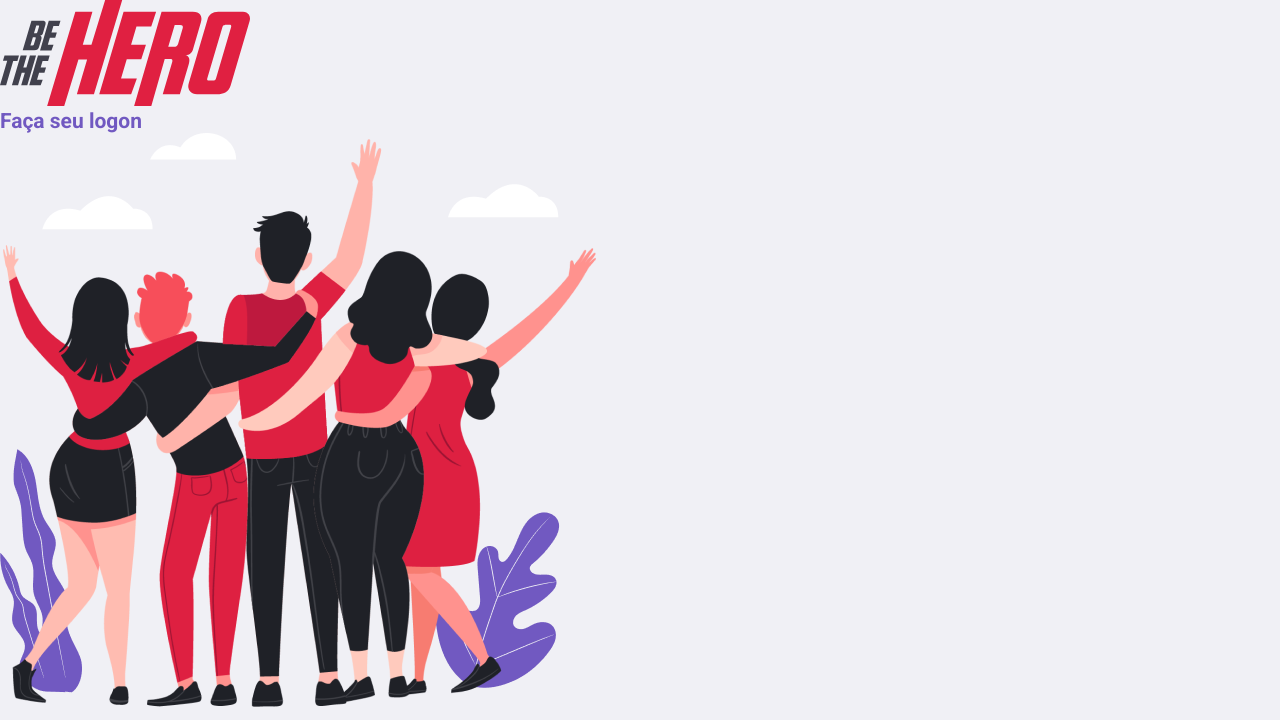
Repository: s7Thiago/semana-omnistack-11.0
Page: / (app in front-end/)
An editor plug-in stored every save of this project. The page is shown before and after the next save, followed by the edit.
The browser window is 1280 px wide. The pictures show the whole page.
The project was rebuilt for these pictures with package versions that can differ from the ones it lists, and the page was loaded fresh each time.

Above is the page before, as saved 2020-03-26 20:07:07.

### front-end/src/App.js
import React from 'react';
import './global.css';

import Logon from './pages/Logon';

function App() {

  return (
    <Logon />
  );
}

export default App;

### front-end/src/global.css
@import url('https://fonts.googleapis.com/css?family=Roboto:400,500,700&display=swap');

*{
    margin: 0;
    padding: 0;
    outline: 0;
    box-sizing: border-box; /*Faz com que o padding dos elementos seja anexado na sua largura e na sua altura*/
}

body{
    font: 400 14px Roboto, sans-serif;
    background: #f0f0f5;
    -webkit-font-smoothing: antialiased;
}

input, button, textarea {
    font: 400 18px Roboto, sans-serif;
}

button {
    cursor: pointer;
}

### front-end/src/pages/Logon/index.js
import React from 'react';

import './styles.css'

import heroesImg from '../../assets/heroes.png';
import logoImg from '../../assets/logo.svg';

export default function Logon() {
    return (
        <div className="logon-container">
            <section className="form">
                {/* Logo */}
                <img src={logoImg} alt="Be the Hero" />

                {/* Formulário */}
                <form>
                    <h1>Faça seu logon</h1>
                </form>

            </section>
            <img src={heroesImg} alt='Heroes' />
        </div>


    );
}

### front-end/src/pages/Logon/styles.css
h1 {
    color: #7159c1;
}

Loaded but not shown: front-end/src/index.js (common file)

After the next save:
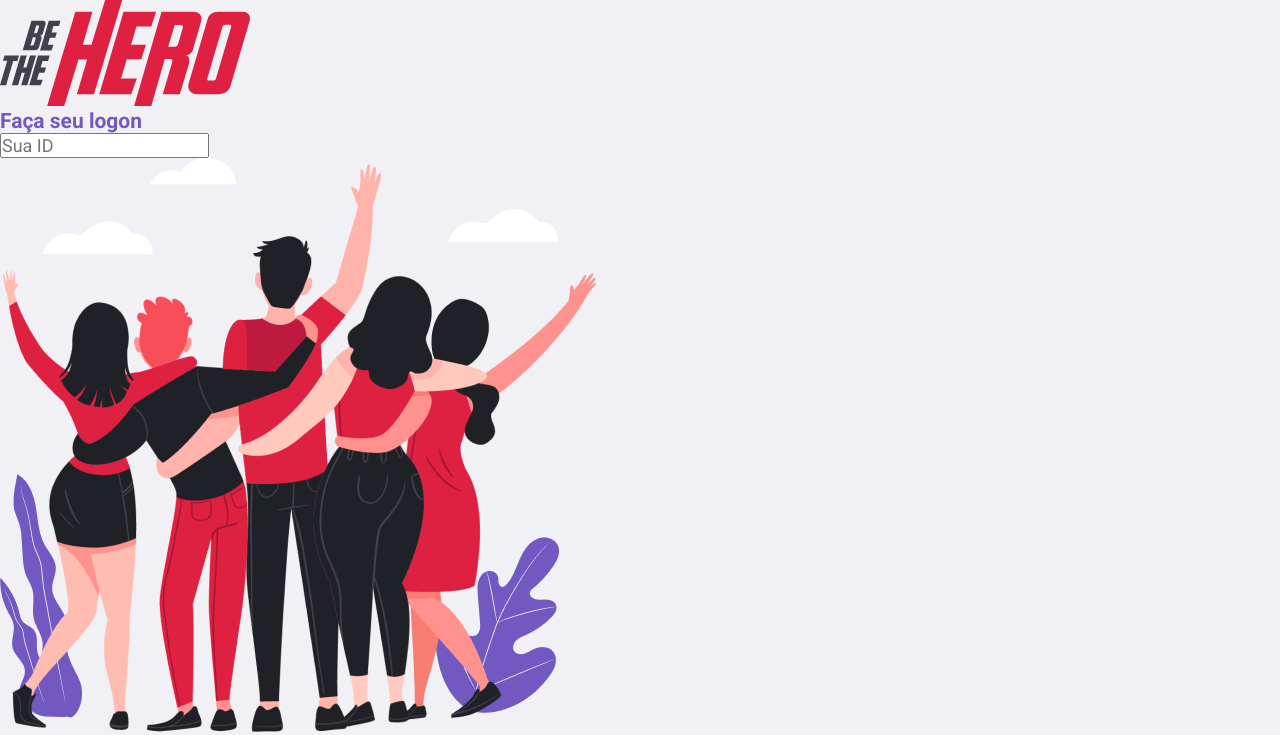
Saved 43 s later.
--- a/front-end/src/pages/Logon/index.js
+++ b/front-end/src/pages/Logon/index.js
@@ -15,6 +15,7 @@ export default function Logon() {
                 {/* Formulário */}
                 <form>
                     <h1>Faça seu logon</h1>
+                    <input placeholder="Sua ID" />
                 </form>
 
             </section>
